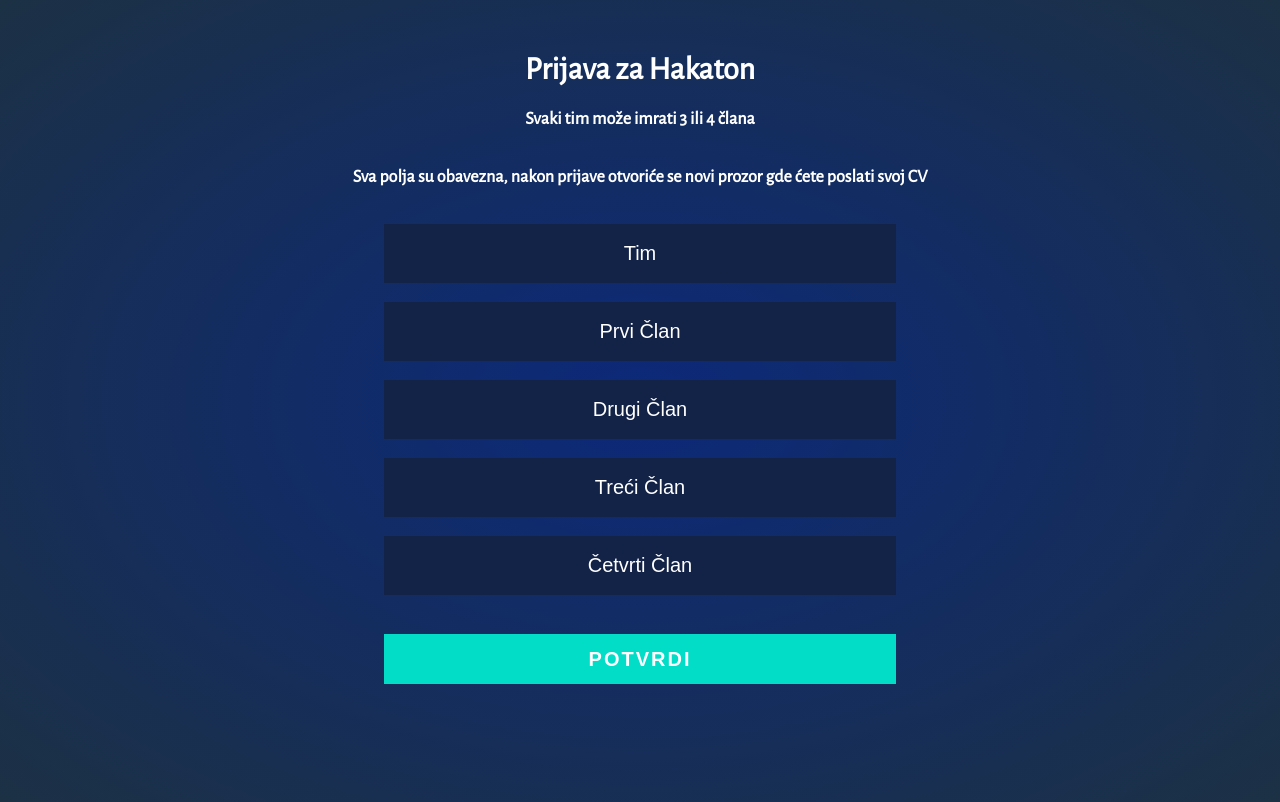
Repository: MilenaPetrovic/fonhakaton2019
Page: prijava/PrijaveHakaton.html
The author's editor kept a copy of each file at every save. The page is drawn from the files as they stood at one save, then again after the next save.
The browser window is 1280 px wide. The pictures show the whole page.
Some web libraries are served in a nearby version.

Above is the page before, as saved 2019-02-19 15:10:50.

### prijava/PrijaveHakaton.html
<!DOCTYPE html>
<html lang="en">
<head>
    <meta charset="UTF-8">
    <meta name="viewport" content="width=device-width, initial-scale=1.0">
    <meta http-equiv="X-UA-Compatible" content="ie=edge">
    <link rel="stylesheet" href="Prijave.css">
    <link href="https://fonts.googleapis.com/css?family=Alegreya+Sans" rel="stylesheet">
    <title>Prijava</title>
</head>
<body>

<h1>Prijava za Hakaton</h1>
<h3>Svaki tim može imrati 3 ili 4 člana</h3>
<h3>Sva polja su obavezna, nakon prijave otvoriće se novi prozor gde ćete poslati svoj CV</h3>

<form name="submit-to-google-sheet">
    <button type="button" class="collapsible">Tim</button>
    <div class="content">
        <div class="forma">
            <h2>Naziv tima:</h2>
            <input id="tim" name="naziv-tima" type="text" class="form-control" >
            <h2>Kako ste saznali za FON Hakaton?</h2>
            <textarea name="kako-ste-saznali" class="form-control" rows="3"></textarea>
            <h2>Da li ste učestvovali na sličnim takmičenjima? Ukoliko jeste, navedite na kojim i ukratko opišite iskustvo.</h2>
            <textarea name="iskustvo" class="form-control" rows="3"></textarea>
            <h2>Zašto ste se prijavili za FON Hakaton?</h2>
            <textarea name="zasto-ste-se-prijavili" class="form-control" rows="4" ></textarea>
            <h2>Navedite ključnu prednost i manu tima:</h2>
            <textarea name="prednost-mana" class="form-control" rows="3" ></textarea>
        </div>
    </div><br><br>

    <button type="button" class="collapsible">Prvi Član</button>
    <div class="content">
        <div class="forma">
            <h2>Ime i prezime</h2>
            <input id="name" name="ime-prezime1" type="text" class="form-control" >
            <h2>E-mail</h2>
            <input id="email1" name="email1" type="text" class="form-control" >
            <h2>Telefon</h2>
            <input name="telefon1" type="tel" class="form-control" >
            <h2>Fakultet/Srednja škola</h2>
            <input name="faks/skola1" type="text" class="form-control" >
            <h2>Godina studija/razred</h2>
            <input name="godina1" type="number" class="form-control" >
        </div>
    </div><br><br>

    <button type="button" class="collapsible">Drugi Član</button>
    <div class="content">
        <div class="forma">
            <h2>Ime i prezime</h2>
            <input name="ime-prezime2" type="text" class="form-control" >
            <h2>E-mail</h2>
            <input id="email2" name="email2" type="text" class="form-control" >
            <h2>Telefon</h2>
            <input name="telefon2" type="tel" class="form-control" >
            <h2>Fakultet/Srednja škola</h2>
            <input name="faks/skola2" type="text" class="form-control" >
            <h2>Godina studija/razred</h2>
            <input name="godina2" type="number" class="form-control" >
        </div>
    </div><br><br>

    <button type="button" class="collapsible">Treći Član</button>
    <div class="content">
        <div class="forma">
            <h2>Ime i prezime</h2>
            <input name="ime-prezime3" type="text" class="form-control" >
            <h2>E-mail</h2>
            <input id="email3" name="email3" type="email" class="form-control" >
            <h2>Telefon</h2>
            <input name="telefon3" type="tel" class="form-control" >
            <h2>Fakultet/Srednja škola</h2>
            <input name="faks/skola3" type="text" class="form-control" >
            <h2>Godina studija/razred</h2>
            <input name="godina3" type="number" class="form-control" >
        </div>
    </div><br><br>

    <button type="button" class="collapsible">Četvrti Član</button>
    <div class="content">
        <div class="forma">
            <h2>Ime i prezime</h2>
            <input name="ime-prezime4" type="text" class="form-control" >
            <h2>E-mail</h2>
            <input id="email4" name="email4" type="text" class="form-control" >
            <h2>Telefon</h2>
            <input name="telefon4" type="tel" class="form-control" >
            <h2>Fakultet/Srednja škola</h2>
            <input name="faks/skola4" type="text" class="form-control" >
            <h2>Godina studija/razred</h2>
            <input name="godina4" type="number" class="form-control" >
        </div>
    </div><br><br>

    <button id="dugme" type="submit" class="form-control submit" onclick="prijava();">POTVRDI</button>
    <h1 id="potvrda"></h1>
    <br><br>

</form>
<script src="https://code.jquery.com/jquery-2.1.1.min.js"></script>
<script src="PrijaveHakaton.js"></script>
<script>

function potvrda(){
    const scriptURL = 'https://script.google.com/macros/s/AKfycbxgH_Xq8de0HcJXcIGQgc8PqAEDzfhfFnNWLrZrLLU_c_zkAV9A/exec'
	const form = document.forms['submit-to-google-sheet']
	form.addEventListener("submit", e => {
		e.preventDefault()
		fetch(scriptURL, { method: 'POST', body: new FormData(form) })
			.then(response => console.log('Success!', response))
			.catch(error => console.error('Error!', error.message))
	})
}

function prijava(){
    if(document.getElementById("email1").value != '' &&
       document.getElementById("email2").value != '' ){
        potvrda();
        document.getElementById("potvrda").innerHTML ="Uspešno ste se prijavili";
        window.open('https://driveuploader.com/upload/37qMAd4w9h/');
        document.getElementById('dugme').style.display = 'none'
    } else{
        event.preventDefault();
        alert('Popunite sva polja');
    }
}

</script>

</body>
</html>

### prijava/Prijave.css
body{
    margin: 0;
    padding: 0;
    text-align: center;
    background-size: cover;
    background-position: center;
    font-family: 'Alegreya Sans', sans-serif;

    background-image: url(/img/Pozadina-12-12.jpg);
    background-repeat: no-repeat;

    background:
    radial-gradient(
        #0C297A,
        #1C3144
    );
}

textarea {
    resize: none;
    padding-left: 10px;
    padding-right: 10px;
    font-family: 'Alegreya Sans', sans-serif;
}

h1{
    margin-bottom: 20px;
    margin-top: 50px;
    color: #fff;
}

.form-control
{
    width: 600px;
    background: #02ddc74b;
    outline: none;
    border: 1px solid #02ddc8;
    color: #fff;
    font-size: 18px;
}

input
{
    height: 40px;
    padding-left: 10px;
    padding-right: 10px;
}

form .submit
{
    background: #02ddc8;
    border-color: transparent;
    color: #fff;
    font-size: 20px;
    font-weight: bold;
    letter-spacing: 2px;
    height: 50px;
    width: 40%;
    margin-top: 20px;
    margin-bottom: 30px;
}

form .submit:hover
{
    background-color: #01a595;
    cursor: pointer;
    transition: 0.2s;
}

h2 {
    font-size: 20px;
    color: #fff;
}

h3 {
    font-size: 18px;
    color: #fff;
    margin-bottom: 50px;
    margin-left: 20px;
    margin-right: 20px;
    height: 8px;
}

::placeholder {
    color: #02ddc8;
    font-family: 'Alegreya Sans', sans-serif;
}

.forma {
    width: 625px;
    text-align: left;
    margin: auto;
}

.cv {
    display: inline-block;
    padding: 6px 12px;
    cursor: pointer;
    background: #02ddc74b;
    outline: none;
    border: 1px solid #02ddc8;
    color: #fff;
    font-size: 18px;
}

.collapsible {
    background-color: #132348;
    color: white;
    cursor: pointer;
    padding: 18px;
    width: 40%;
    border: none;
    outline: none;
    font-size: 20px;
  }

.active, .collapsible:hover {
    background-color: #02ddc8;
    transition: 0.3s;
}

.content {
padding: 0 18px;
display: none;
overflow: hidden;
}

@media (max-width: 650px){

.content{
    width: 300px;
    padding: 0%;
    margin: auto;
}

h1{
    font-size: 25px;
}

h2{
    width: 300px;
    font-size: 17px;
}

.form-control, input{
    width: 285px;
    font-size: 15px;
    height: 30px;
    padding: 5px;
}

.collapsible, .submit {
    width: 300px;
    font-size: 17px;
    padding: 10px;;
}

h3{
    font-size: 15px;
}

}

### prijava/PrijaveHakaton.js
$(function () {
	//COLLAPSIBLE

	var coll = document.getElementsByClassName("collapsible");
	var i;
	var l;

	for (i = 0; i < coll.length; i++) {
		coll[i].addEventListener("click", function() {
		this.classList.toggle("active");
		var content = this.nextElementSibling;
		if (content.style.display === "block") {
			content.style.display = "none";
		} else {
			for (l =0 ; l < coll.length; l++){
				var cont = coll[l].nextElementSibling;
				cont.style.display = 'none'
			}
			content.style.display = "block";
		}
		});
	}

});

After the next save:
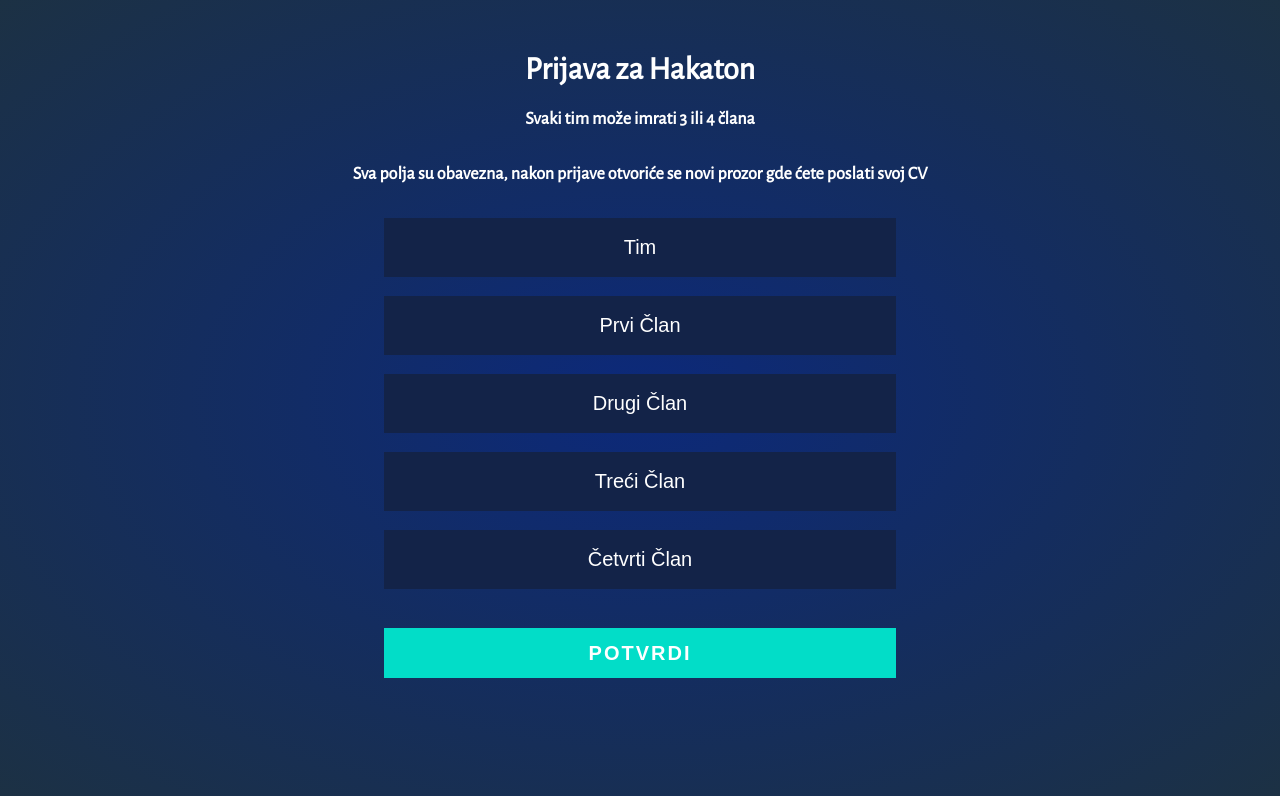
Saved 11 s later.
--- a/prijava/Prijave.css
+++ b/prijava/Prijave.css
@@ -78,7 +78,7 @@ h3 {
     margin-bottom: 50px;
     margin-left: 20px;
     margin-right: 20px;
-    height: 8px;
+    height: 5px;
 }
 
 ::placeholder {
